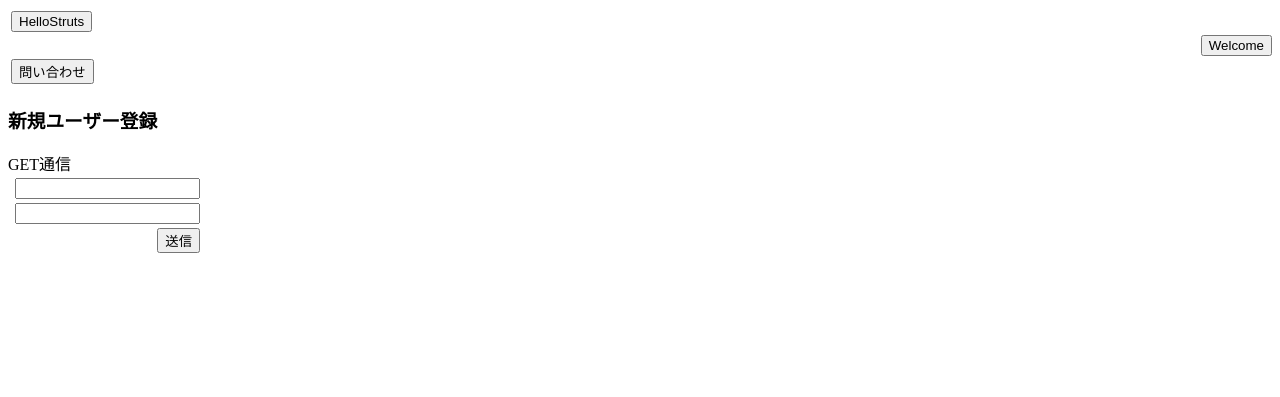
Repository: teru1236/test
Page: http://localhost/WebProJ5/
These files come from the project's save history. The page is drawn as it stood at one moment and after the next save; the edit follows.
The browser window is 1280 px wide. The pictures show the whole page.
The page is served by Tomcat 9. Other server files are loaded and not shown.

Above is the page before, as saved 2018-03-05 07:32:11.

### WebProJ5/WebContent/index.jsp
<%@ page language="java" contentType="text/html; charset=UTF-8"
    pageEncoding="UTF-8"%>
<%@ taglib prefix="s" uri="/struts-tags" %>
<!DOCTYPE html PUBLIC "-//W3C//DTD HTML 4.01 Transitional//EN" "http://www.w3.org/TR/html4/loose.dtd">
<html>
<head>
<meta http-equiv="Content-Type" content="text/html; charset=UTF-8">
<title>INDEX</title>
</head>
<body>
	<s:form action="HelloStrutsAction">
		<s:submit value="HelloStruts"/>
	</s:form>

	<form action="WelcomeAction">
		<s:submit value="Welcome"/>
	</form>

	<s:form action="InquiryAction">
		<s:submit value="問い合わせ"/>
	</s:form>

	<h3>新規ユーザー登録</h3>
	GET通信
	<s:form method="get" action="TestAction">
		<s:textfield name="username"/>
		<s:password name="password"/>
		<s:submit value="送信"/>
	</s:form>
</body>
</html>

After the next save:
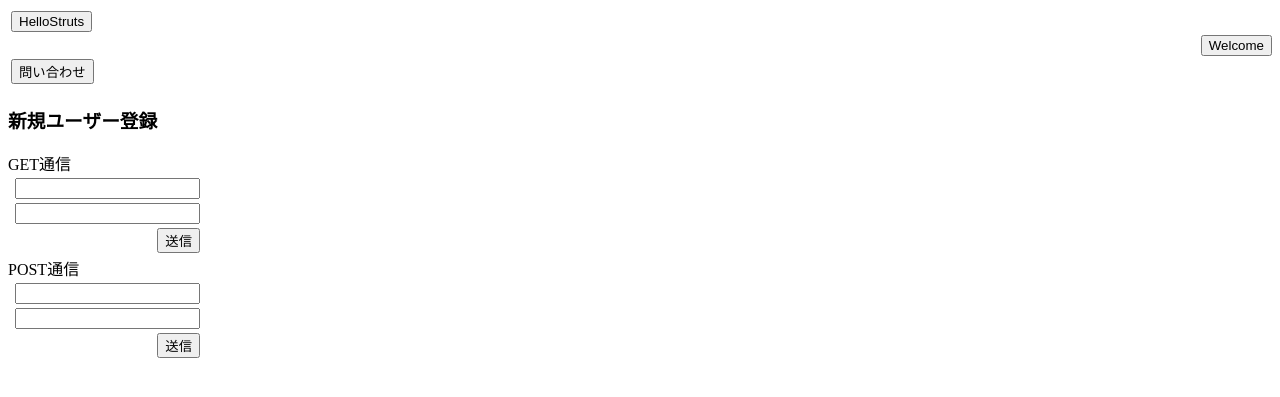
Saved 24 s later.
--- a/WebProJ5/WebContent/index.jsp
+++ b/WebProJ5/WebContent/index.jsp
@@ -27,5 +27,11 @@
 		<s:password name="password"/>
 		<s:submit value="送信"/>
 	</s:form>
+	POST通信
+	<s:form method="post" action="TestAction">
+		<s:textfield name="username"/>
+		<s:password name="password"/>
+		<s:submit value="送信"/>
+	</s:form>
 </body>
 </html>
